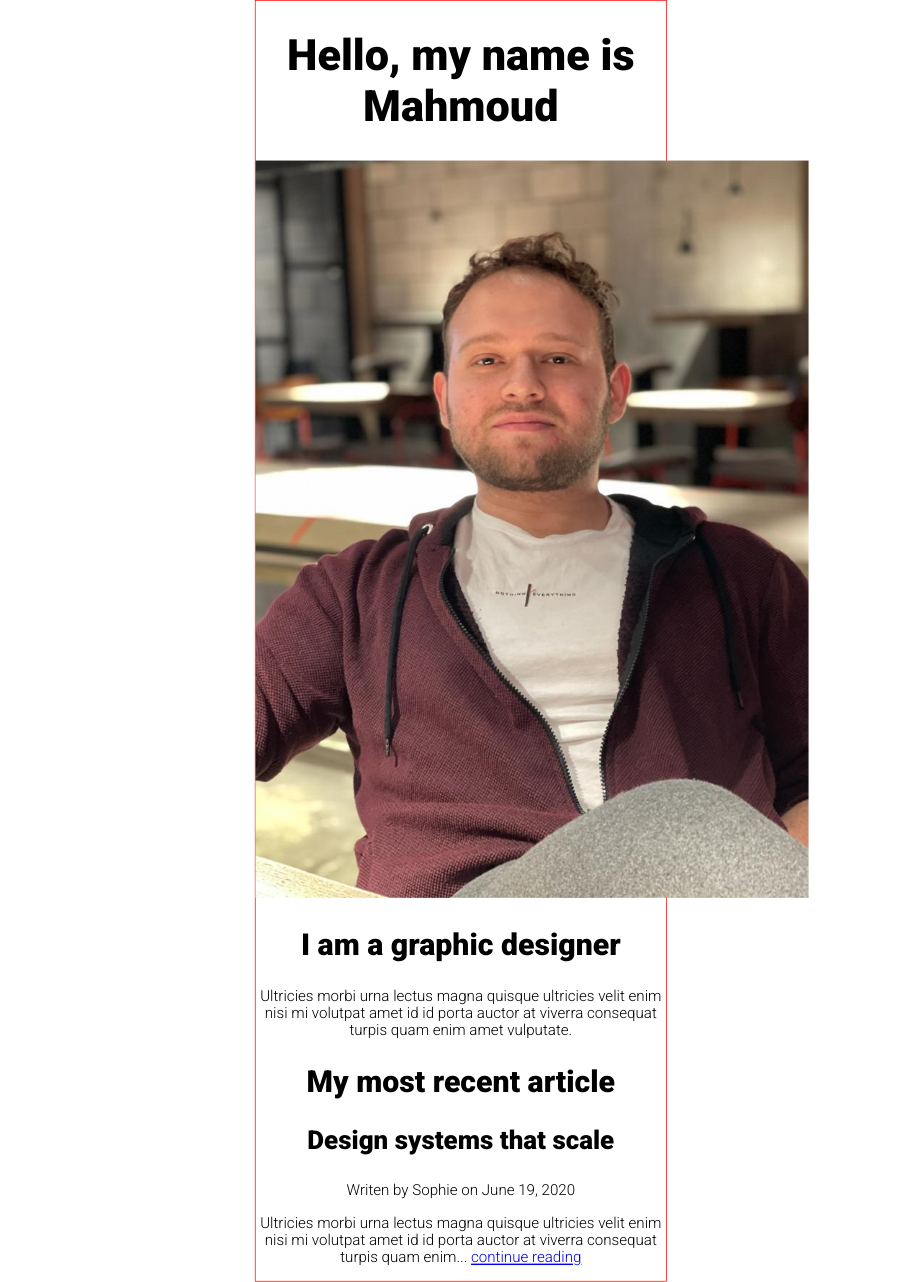
Repository: Doumham-Armah/portfolio
Page: index.html
The author's editor kept a copy of each file at every save. The page is drawn from the files as they stood at one save, then again after the next save.
The browser window is 1280 px wide. The pictures show the whole page, at 72% of full size.

Above is the page before, as saved 2021-08-16 23:11:03.

### index.html
<!DOCTYPE html>
<html>
  <head>
    <title>HTML & CSS Fundamentals | Challenges</title>
    <link rel="preconnect" href="https://fonts.googleapis.com" />
    <link rel="preconnect" href="https://fonts.gstatic.com" crossorigin />
    <link
      href="https://fonts.googleapis.com/css2?family=Roboto:wght@300;900&display=swap"
      rel="stylesheet"
    />
    <link href="./style.css" rel="stylesheet" />
  </head>

  <body>
    <div class="container">
      <h1>Hello, my name is Mahmoud</h1>
      <img src="./images/photo.jpeg" alt="image of me" />
      <h2>I am a graphic designer</h2>
      <p>
        Ultricies morbi urna lectus magna quisque ultricies velit enim nisi mi
        volutpat amet id id porta auctor at viverra consequat turpis quam enim
        amet vulputate.
      </p>

      <h2>My most recent article</h2>
      <article>
        <h3>Design systems that scale</h3>
        <p>Writen by Sophie on June 19, 2020</p>
        <p>
          Ultricies morbi urna lectus magna quisque ultricies velit enim nisi mi
          volutpat amet id id porta auctor at viverra consequat turpis quam
          enim... <a href="#">continue reading</a>
        </p>
      </article>
    </div>
  </body>
</html>

### style.css
body {
  margin: 0;
  font-size: 1.3125rem;
}

.container {
  width: 570px;
  margin: 0 auto;
  border: 1px solid red;
  text-align: center;
  font-family: "Roboto", sans-serif;
}

h1 {
  font-size: 3.75rem;
}

h2 {
  font-size: 2.625rem;
}

h3 {
  font-size: 2.25rem;
}

.small-text {
  font-size: 16px;
}

After the next save:
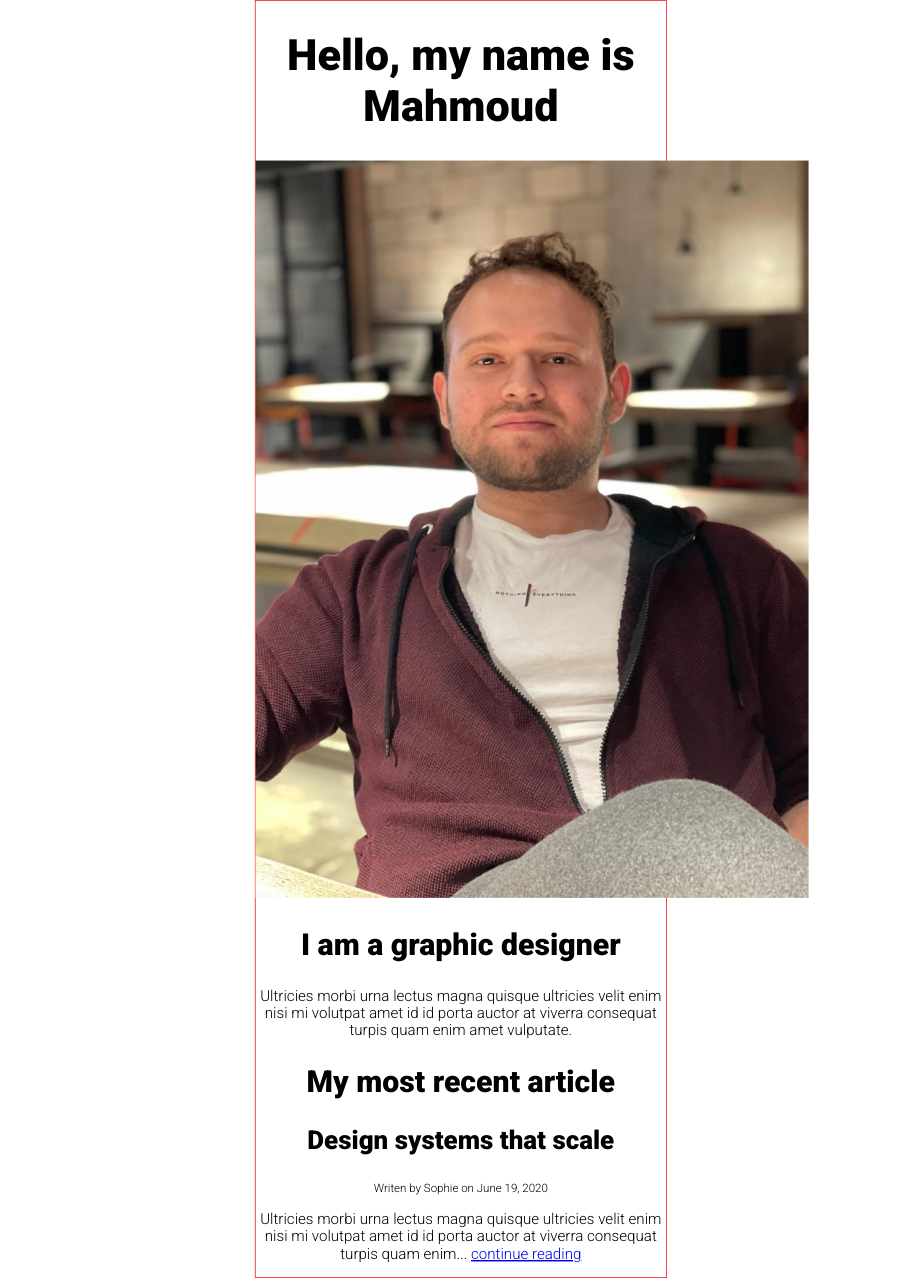
Saved 10 s later.
--- a/index.html
+++ b/index.html
@@ -25,7 +25,7 @@
       <h2>My most recent article</h2>
       <article>
         <h3>Design systems that scale</h3>
-        <p>Writen by Sophie on June 19, 2020</p>
+        <p class="small-text">Writen by Sophie on June 19, 2020</p>
         <p>
           Ultricies morbi urna lectus magna quisque ultricies velit enim nisi mi
           volutpat amet id id porta auctor at viverra consequat turpis quam
